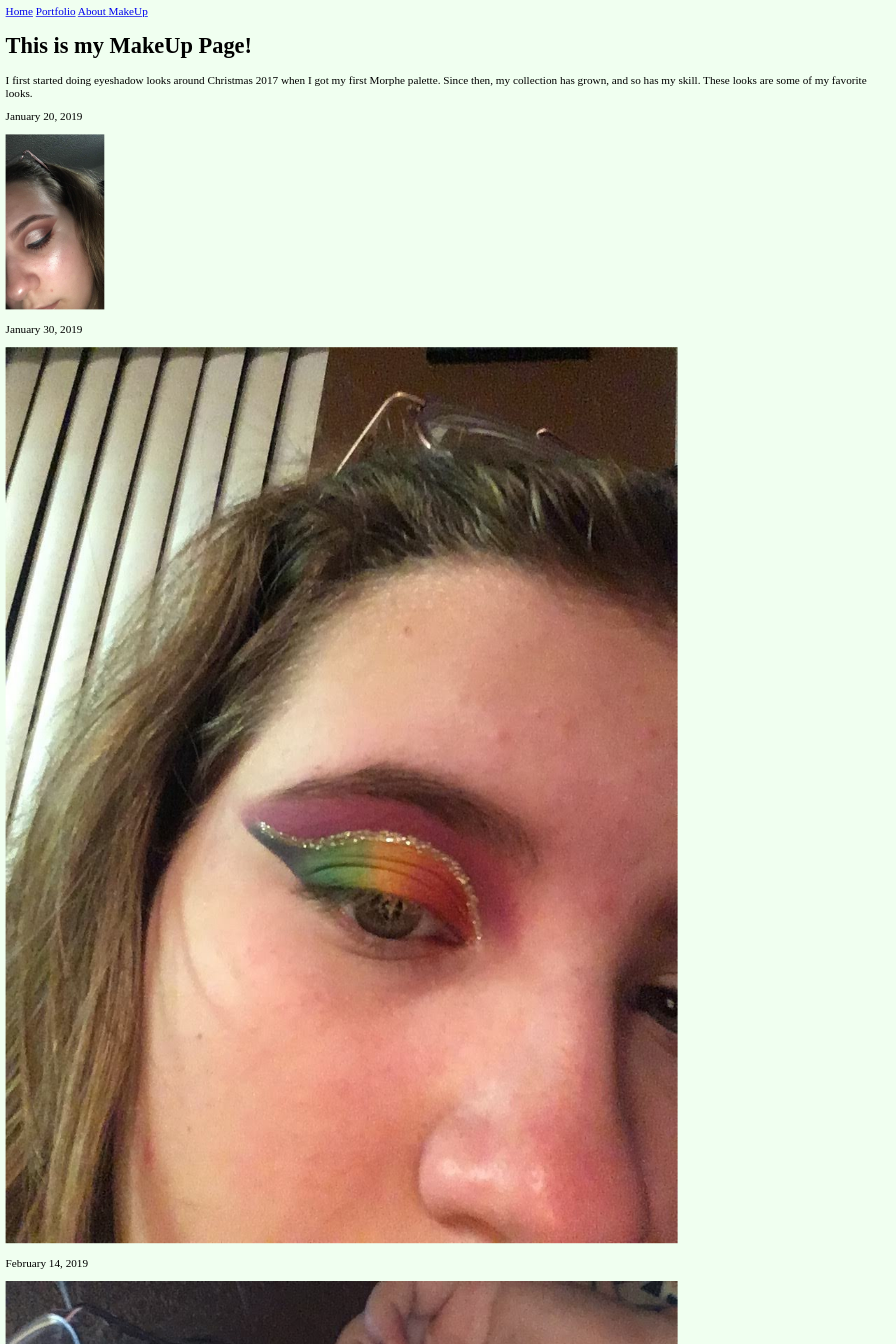
Repository: EMcmurray1862/emcmurray1862.github.io
Page: my_website/makeup.html
The author's editor kept a record of every edit. The page is drawn from the files as they stood at one moment, then again after the next edit.
The browser window is 1280 px wide. The pictures show the part of the page from y = 0 to 1920 px (the page is 9860 px tall before and 8830 px after), at 70% of full size.

Above is the page before.

After the next edit:
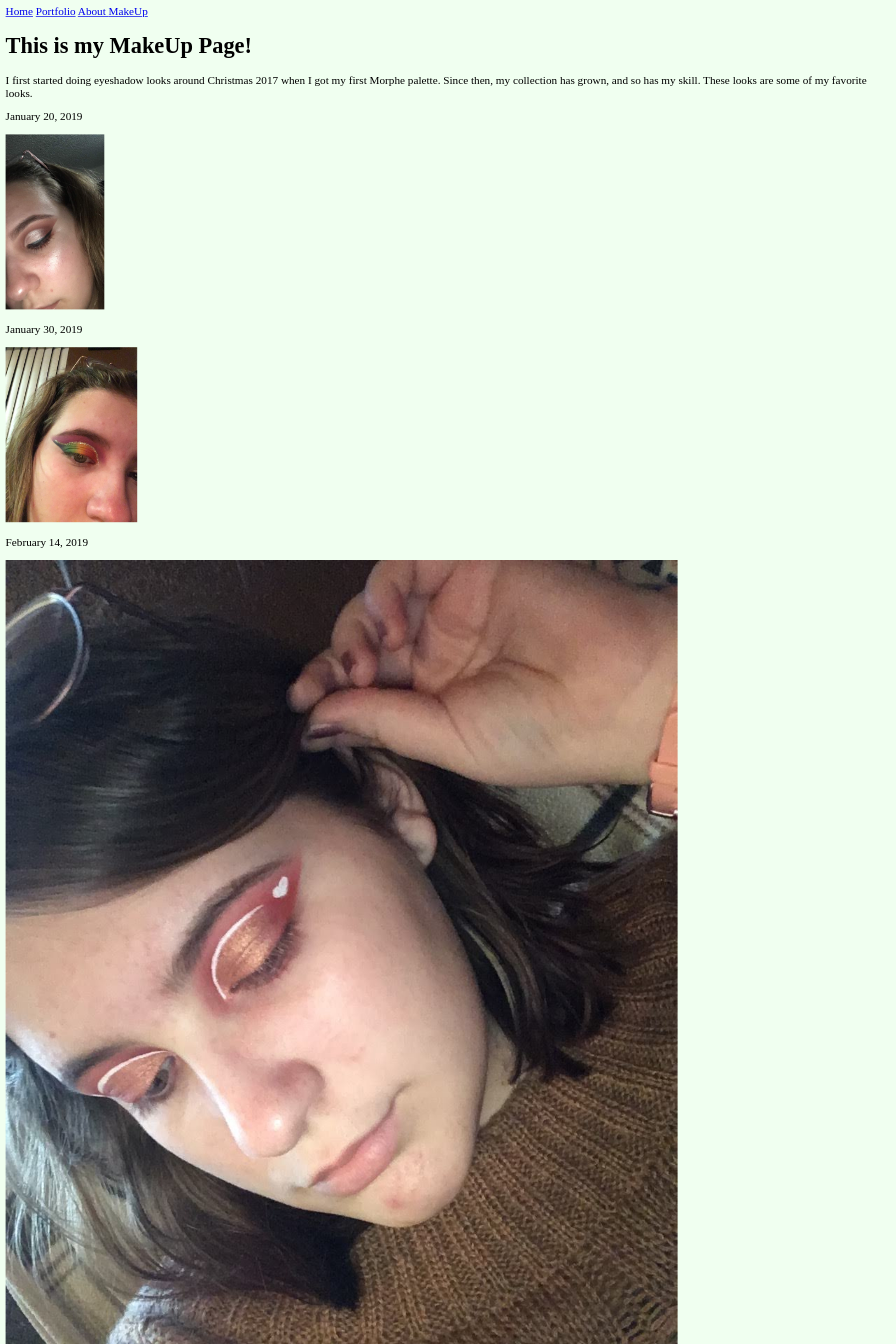
The edit:
--- a/my_website/makeup.html
+++ b/my_website/makeup.html
@@ -14,7 +14,7 @@
       <p>January 20, 2019</p>
     <img src="images/brown_cutcrease.jpg" height="250">
       <p>January 30, 2019</p>
-    <img src="images/rainbow_cutcrease.jpg">
+    <img src="images/rainbow_cutcrease.jpg" height="250">
     <p>February 14, 2019</p>
     <img src="images/valentines_look.jpg">
     <p>August 2, 2019</p>
